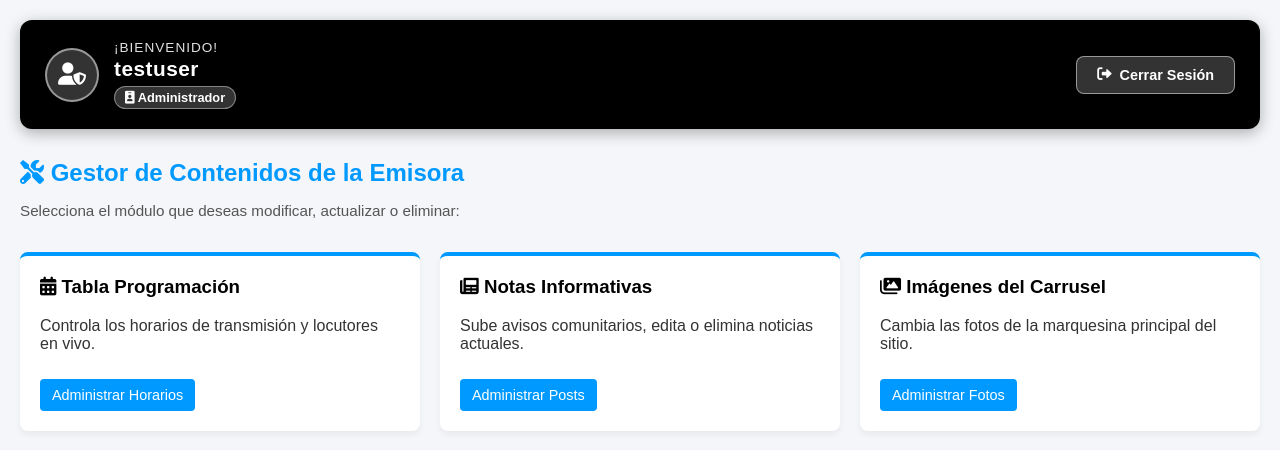
Repository: dalila777-xu/radiopakal1040am
Page: http://localhost/admin.php
The author's editor kept a copy of each file at every save. The page is drawn from the files as they stood at one save, then again after the next save.
The browser window is 1280 px wide. The pictures show the whole page.
The page is run by PHP 8.4 with error messages shown; the project is at /var/www/html/. The session is filled in as if someone had signed in: {"usuario": "testuser", "nombre": "testuser"}.

Above is the page before, as saved 2026-07-07 00:16:23.

After the next save:
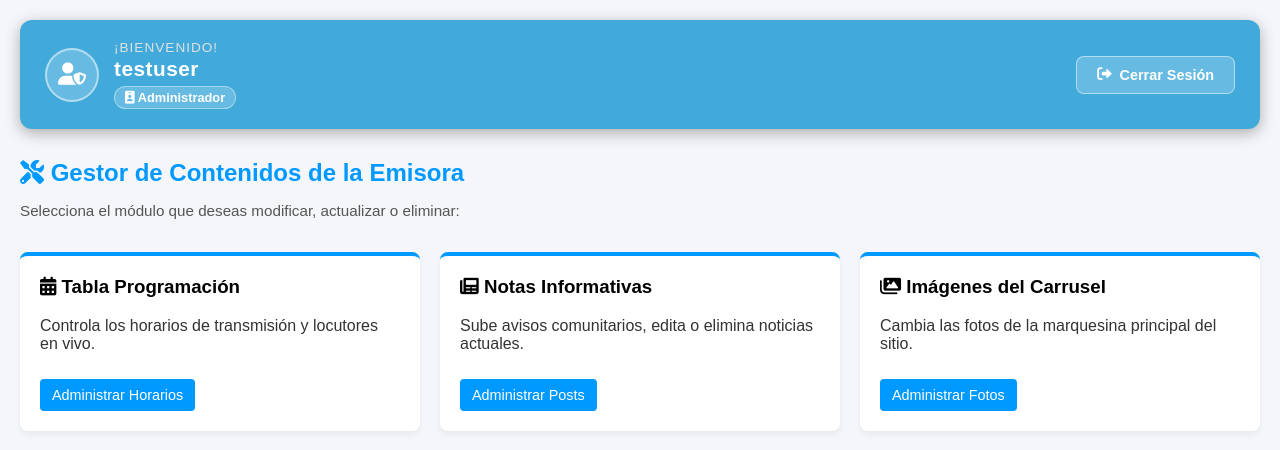
Saved 17 h 58 min later.
--- a/admin.php
+++ b/admin.php
@@ -36,7 +36,7 @@ if (isset($_GET['logout'])) {
            BARRA DE BIENVENIDA MODERNA Y ESTÉTICA
         ======================================== */
         .nav-admin {
-            background: #000000;
+            background: #41aadb;
             color: white;
             padding: 20px 25px;
             border-radius: 12px;
